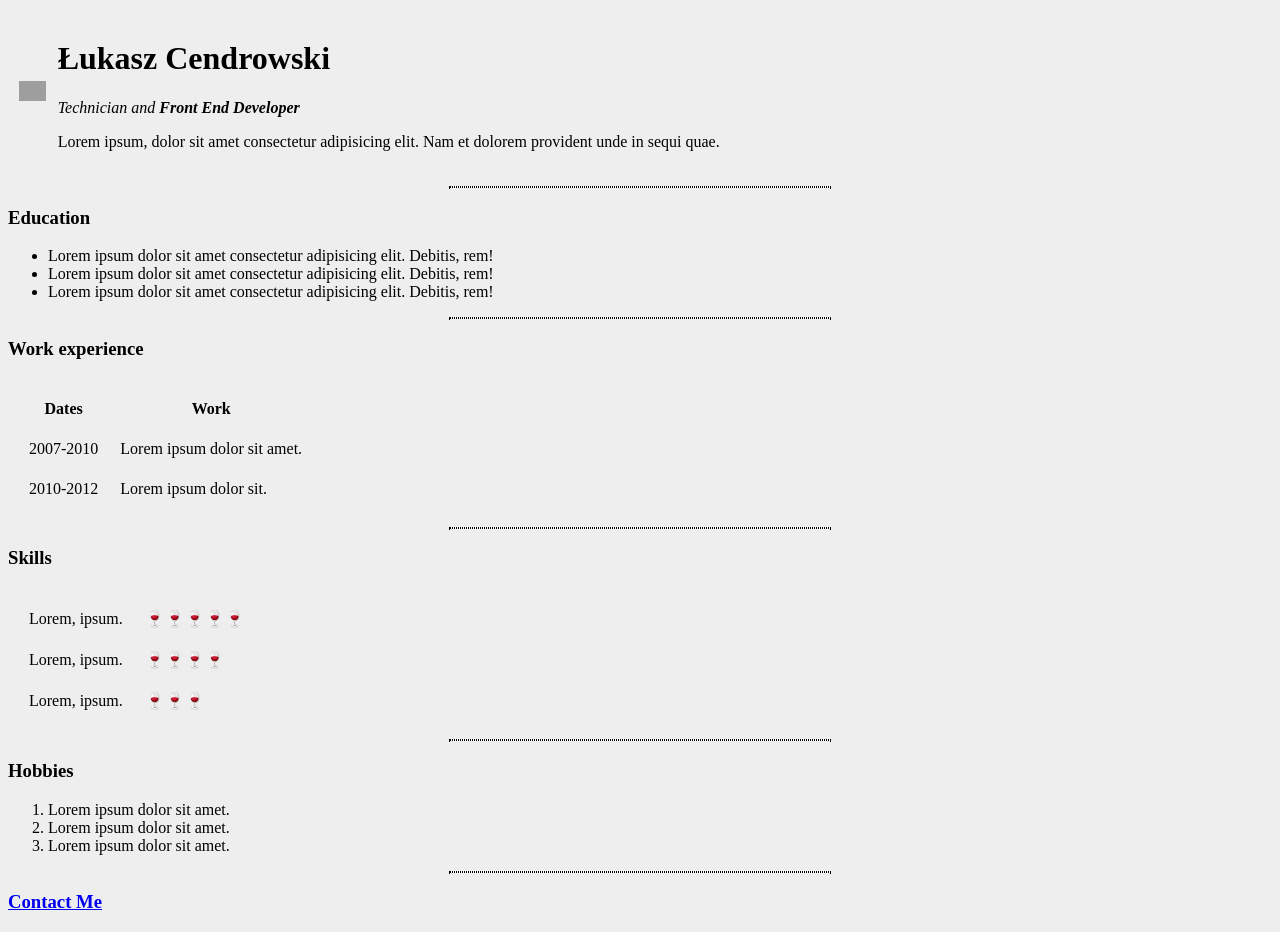
Repository: Isanderr/simple_landing_page-1
Page: index.html
The author's editor kept a copy of each file at every save. The page is drawn from the files as they stood at one save, then again after the next save.
The browser window is 1280 px wide. The pictures show the whole page.
Pictures or frames that could not be fetched are drawn as grey boxes.

Above is the page before, as saved 2019-01-29 11:41:40.

### index.html
<!DOCTYPE html>
<html lang="en">

    <head>
        <meta charset="UTF-8">
        <meta name="viewport" content="width=device-width, initial-scale=1.0">
        <meta http-equiv="X-UA-Compatible" content="ie=edge">
        <title>Personal Site</title>
        <style>
            body {
                background-color: #eeeeee;
            }

            hr {
                background-color: white;
                border-style: dotted;
                width: 30%;
            }

            img {
                height: 20px;
            }

        </style>
    </head>

    <body>
        <table cellspacing="10px">
            <tr>
                <td><img src="img/code.jpg" alt="coder"></td>
                <td>
                    <h1>Łukasz Cendrowski</h1>
                    <p><em>Technician and <strong>Front End Developer</strong></em></p>
                    <p>Lorem ipsum, dolor sit amet consectetur adipisicing elit. Nam et dolorem provident unde in sequi
                        quae.</p>
                </td>
            </tr>
        </table>
        <hr>
        <h3>Education</h3>
        <ul>
            <li>Lorem ipsum dolor sit amet consectetur adipisicing elit. Debitis, rem!</li>
            <li>Lorem ipsum dolor sit amet consectetur adipisicing elit. Debitis, rem!</li>
            <li>Lorem ipsum dolor sit amet consectetur adipisicing elit. Debitis, rem!</li>
        </ul>
        <hr>
        <h3>Work experience</h3>
        <p></p>
        <table cellspacing="20px">
            <thead>
                <tr>
                    <th>Dates</th>
                    <th>Work</th>
                </tr>
            </thead>
            <tr>
                <td>2007-2010</td>
                <td>Lorem ipsum dolor sit amet.</td>
            </tr>
            <tr>
                <td>2010-2012</td>
                <td>Lorem ipsum dolor sit.</td>
            </tr>
        </table>
        <hr>
        <h3>Skills</h3>
        <table cellspacing="20px">
            <tr>
                <td>Lorem, ipsum.</td>
                <td>🍷🍷🍷🍷🍷</td>
            <tr>
                <td>Lorem, ipsum.</td>
                <td>🍷🍷🍷🍷</td>
            </tr>
            <tr>
                <td>Lorem, ipsum.</td>
                <td>🍷🍷🍷</td>
            </tr>
            </tr>
        </table>
        <hr>
        <h3>Hobbies</h3>
        <ol>
            <li>Lorem ipsum dolor sit amet.</li>
            <li>Lorem ipsum dolor sit amet.</li>
            <li>Lorem ipsum dolor sit amet.</li>
        </ol>
        <hr>
        <h3><a href="contact.html">Contact Me</a></h3>
    </body>

</html>

After the next save:
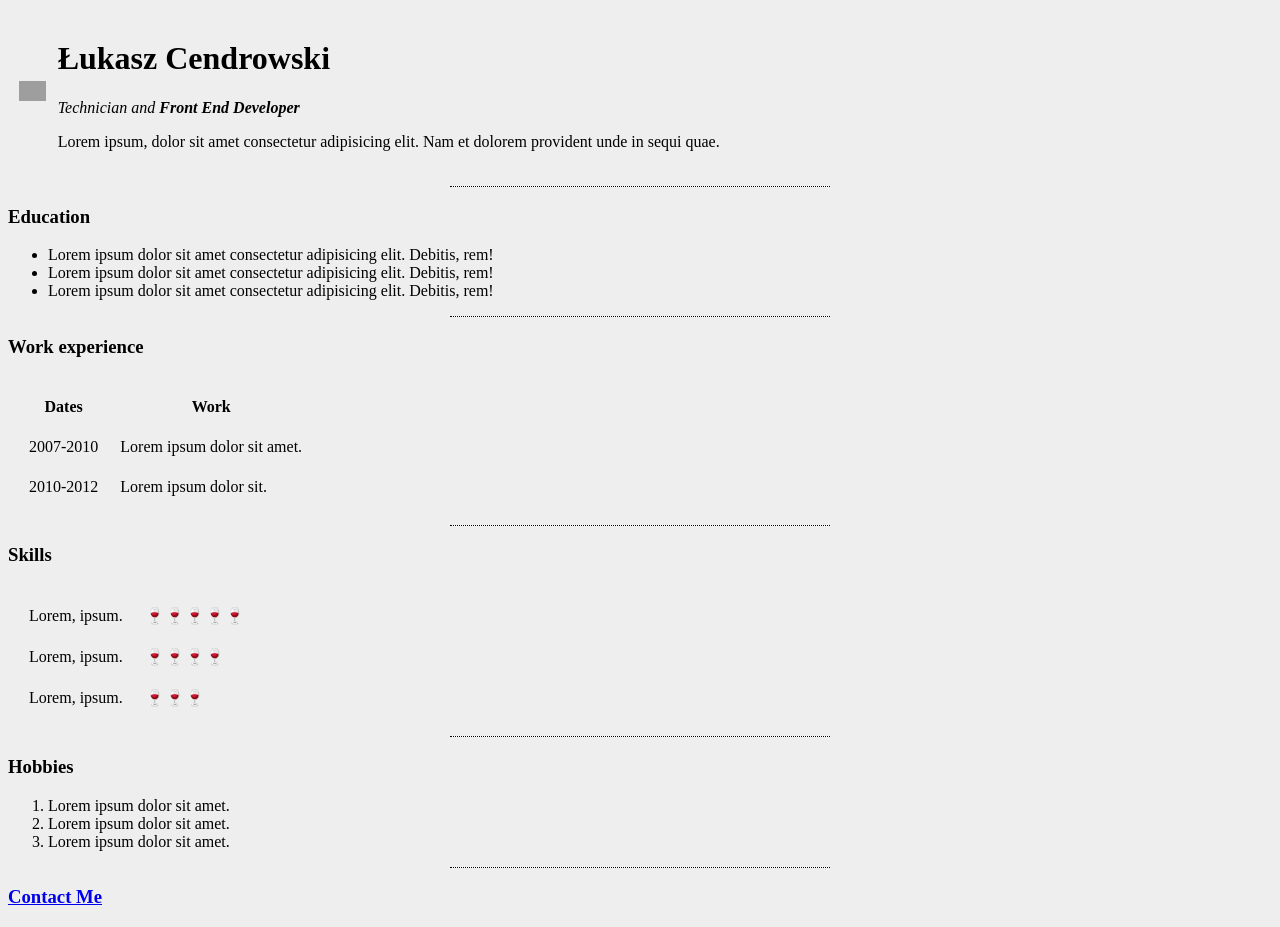
Saved 60 s later.
--- a/index.html
+++ b/index.html
@@ -13,7 +13,7 @@
 
             hr {
                 background-color: white;
-                border-style: dotted;
+                border-style: dotted none none;
                 width: 30%;
             }
 
